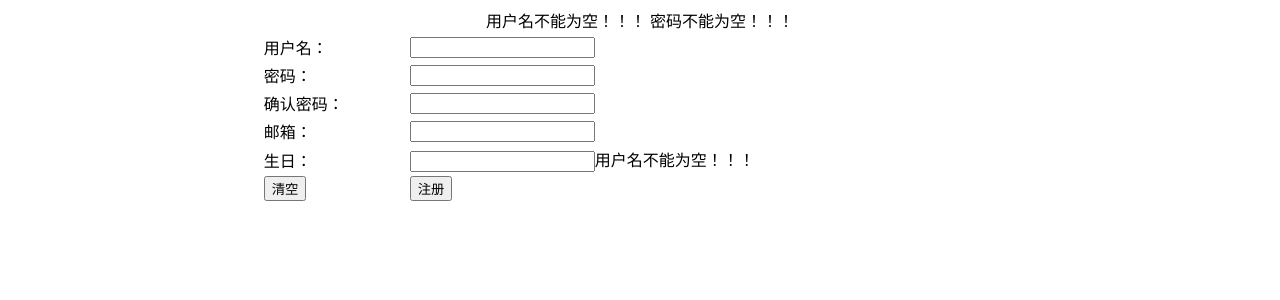
Repository: wsws1996/myproject
Page: http://localhost/day09_user/servlet/RegisterServlet
These files come from the project's save history. The page is drawn as it stood at one moment and after the next save; the edit follows.
The browser window is 1280 px wide. The pictures show the whole page.
The page is served by Tomcat 9.

Above is the page before, as saved 2015-11-19 15:27:43.

After the next save:
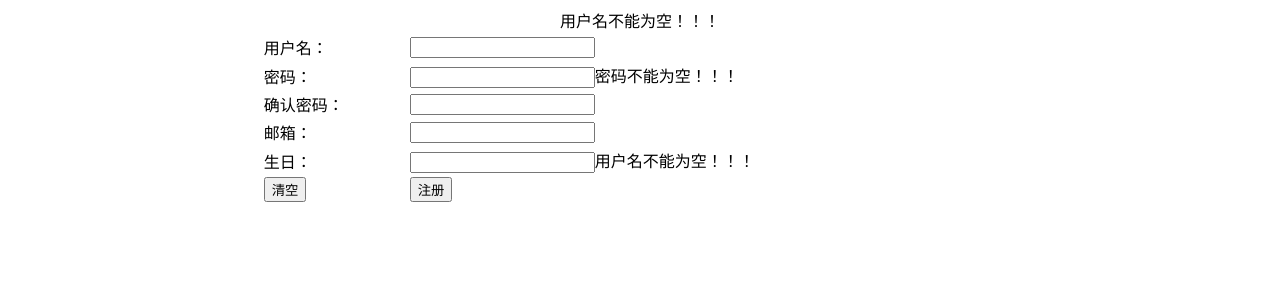
Saved 14 s later.
--- a/java/workspace/day09_user/WebRoot/WEB-INF/jsp/register.jsp
+++ b/java/workspace/day09_user/WebRoot/WEB-INF/jsp/register.jsp
@@ -19,7 +19,7 @@
 			</tr>
 			<tr>
 				<td>密码：</td>
-				<td><input type="password" name="password"></td>${formbean.errors.password }
+				<td><input type="password" name="password">${formbean.errors.password }</td>
 			</tr>
 			<tr>
 				<td>确认密码：</td>
